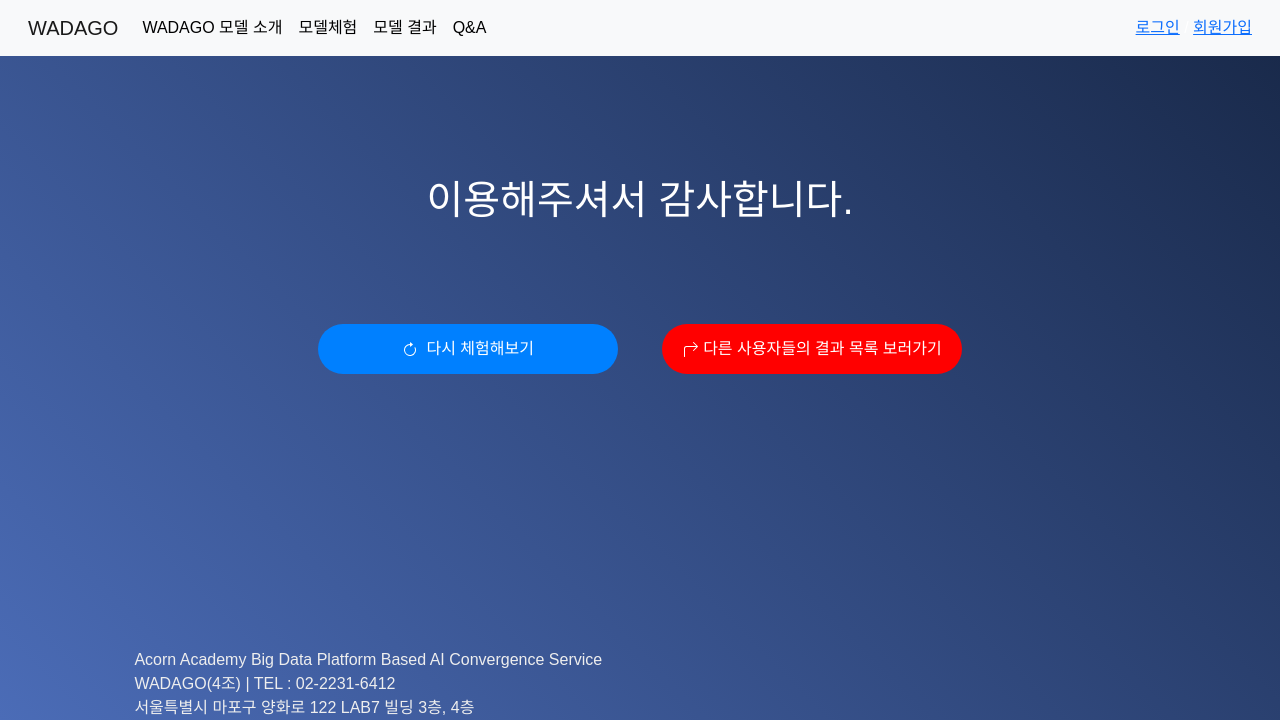
Repository: suchulchoi/Wadago_Project
Page: http://localhost/model/thanks
An editor plug-in stored every save of this project. The page is shown before and after the next save, followed by the edit.
The browser window is 1280 px wide. The pictures show the whole page.
Some web fonts or font styles are not loaded; a fallback is used. The page is this project's Thymeleaf template; nobody is signed in. The template is opened directly, without the code that normally fills it, so the values that code supplies are empty.

Above is the page before, as saved 2022-07-28 07:40:10.

### wadago_project/src/main/resources/templates/model/thanks.html
<html lnag="ko">
    <head>
        <meta charset="UTF-8">
        <title></title>

    </head>
    <style>
		.resultBtn{
			width:300px;
			height:50px;
			border:none;
			padding:10px;
			color:white;
			border-radius:50px;
			background-color:rgb(0, 128, 255);
			margin:20px;
		}

	</style>
    <body>
     <header th:insert="header_nav.html"></header>
	     <div class="container">
	     	<br><br><br><br><br>
	     	<center><h1>이용해주셔서 감사합니다.</h1></center>
	     	<br><br><br>
	     </div>
	     <center>
		     <button id="postBtn" class="resultBtn" type="submit" onclick="location.href='/model/try.do'">
					<svg xmlns="http://www.w3.org/2000/svg" width="16" height="16" fill="currentColor" class="bi bi-arrow-clockwise" viewBox="0 0 16 16">
					  <path fill-rule="evenodd" d="M8 3a5 5 0 1 0 4.546 2.914.5.5 0 0 1 .908-.417A6 6 0 1 1 8 2v1z"/>
					  <path d="M8 4.466V.534a.25.25 0 0 1 .41-.192l2.36 1.966c.12.1.12.284 0 .384L8.41 4.658A.25.25 0 0 1 8 4.466z"/>
					</svg>&nbsp; 다시 체험해보기
				</button>
				<button id="postBtn" class="resultBtn" type="submit" style="background-color: red;" onclick="location.href='/model/result/1'">
						 <svg xmlns="http://www.w3.org/2000/svg" width="16" height="16" fill="currentColor" class="bi bi-arrow-90deg-right" viewBox="0 0 16 16">
						  <path fill-rule="evenodd" d="M14.854 4.854a.5.5 0 0 0 0-.708l-4-4a.5.5 0 0 0-.708.708L13.293 4H3.5A2.5 2.5 0 0 0 1 6.5v8a.5.5 0 0 0 1 0v-8A1.5 1.5 0 0 1 3.5 5h9.793l-3.147 3.146a.5.5 0 0 0 .708.708l4-4z"/>
						</svg>&nbsp;다른 사용자들의 결과 목록 보러가기
				</button>
	     </center>
     </body>
 </html>

### wadago_project/src/main/resources/templates/header_nav.html
<html lang="ko" xmlns:th="http://www.thymeleaf.org">

	<head>
		<meta charset="UTF-8">
		<script src="https://cdn.jsdelivr.net/npm/bootstrap@5.1.3/dist/js/bootstrap.bundle.min.js"
			integrity="sha384-ka7Sk0Gln4gmtz2MlQnikT1wXgYsOg+OMhuP+IlRH9sENBO0LRn5q+8nbTov4+1p"
			crossorigin="anonymous"></script>
		<link rel="stylesheet" href="https://maxcdn.bootstrapcdn.com/bootstrap/4.0.0/css/bootstrap.min.css" />
		<link href="https://cdn.jsdelivr.net/npm/bootstrap@5.1.3/dist/css/bootstrap.min.css" rel="stylesheet"
			integrity="sha384-1BmE4kWBq78iYhFldvKuhfTAU6auU8tT94WrHftjDbrCEXSU1oBoqyl2QvZ6jIW3" crossorigin="anonymous">
		<link rel="stylesheet" href="/css/signup.css">
		<link rel="preconnect" href="https://fonts.googleapis.com">
		<link rel="preconnect" href="https://fonts.gstatic.com" crossorigin>
		<link href="https://fonts.googleapis.com/css2?family=Black+Han+Sans&family=Nanum+Gothic:wght@400;700;800&family=Nanum+Pen+Script&display=swap" rel="stylesheet">
	</head>
	<style>
	body{
		font-family: 'Black Han Sans', sans-serif;
		background:linear-gradient(45deg,#4b6cb7,#182848);
		color: white;
	}
	table{
		color:white;
	}
	#navItem{
			color:black;
		}
	#navItem:hover{
			text-shadow: 5px 5px 5px rgb(44, 44, 44);
			font-size:large;
		}
	footer{
			position : fixed;
			bottom : 0;
			background-color:transparent;
			width:100%;
			height:10%;
			font-size:medium;
		}
	</style>
	<body>
		<nav class="navbar navbar-expand-lg navbar-light bg-light">
			<div class="container-fluid">
				<a class="navbar-brand" href="/">WADAGO</a>
				<button class="navbar-toggler" type="button" data-bs-toggle="collapse"
				data-bs-target="#navbarSupportedContent" aria-controls="navbarSupportedContent" aria-expanded="false"
				aria-label="Toggle navigation">
				<span class="navbar-toggler-icon"></span>
			</button>
			<div class="collapse navbar-collapse" id="navbarSupportedContent">
				<ul class="navbar-nav me-auto mb-2 mb-lg-0">
					<li class="nav-item">
						<a class="nav-link active" aria-current="page" href="/model/introduce" id="navItem">WADAGO 모델 소개</a>
					</li>
					<li class="nav-item">
						<a class="nav-link" href="/model/try.do" id="navItem">모델체험</a>
					</li>
					<li class="nav-item">
						<a class="nav-link" href="/model/result/1" id="navItem">모델 결과</a>
					</li>
					<li class="nav-item">
						<a class="nav-link" href="/board/list/1" id="navItem">Q&A</a>
					</li>
					<li class="nav-item dropdown" th:if="${session.memVo} and ${session.memVo.grade == 0}" id="navItem">
						<a class="nav-link dropdown-toggle" href="#" role="button" data-bs-toggle="dropdown"
							aria-expanded="false">
							관리자 전용
						</a>
						<ul class="dropdown-menu" aria-labelledby="navbarDropdown">
							<li><a class="dropdown-item" href="/mem/memberManagement/1">멤버 관리</a></li>
							<li><a class="dropdown-item" href="/mem/img/1">입력 사진 관리</a></li>
						</ul>
					</li>
				</ul>
				<footer th:insert="footer.html"></footer>
				<div th:if="${session.memVo}">
					<!--<span th:if="${session.memVo}!=null" th:text="${session.memVo.id}"></span>-->
					<span th:text="${session.memVo}?${session.memVo.id}:''"></span>
					(<span th:text="${session.memVo?.name}"></span>)
					님 로그인
					&nbsp;/&nbsp;
					<a href="/mem/logout">
						로그아웃
					</a>

				</div>
				<div class="d-flex" th:if="!${session.memVo}">
					<a href="/mem/login">
						로그인
					</a>&nbsp;/&nbsp;
					<a href="/mem/signup">
						회원가입
					</a>
				</div>
			</div>
		</div>
	</nav>
</body>

</html>

### wadago_project/src/main/resources/templates/footer.html
<html lang="ko" xmlns:th="http://www.thymeleaf.org">
	<head>
	<meta charset="UTF-8">

	</head>
	<style>

	</style>
    <footer style="color: #eeeeee;">
	    	Acorn Academy Big Data Platform Based AI Convergence Service
	    	<br>
	    	WADAGO(4조) | TEL : 02-2231-6412
	    	<br>
	    	서울특별시 마포구 양화로 122 LAB7 빌딩 3층, 4층
	    	<br>
   			COPYRIGHT(C) HBILAB. ALL RIGHTS RESERVED.
	</footer>
</html>

Loaded but not shown: wadago_project/src/main/resources/static/css/signup.css (no copy from this time; the picture is the same without it)

After the next save:
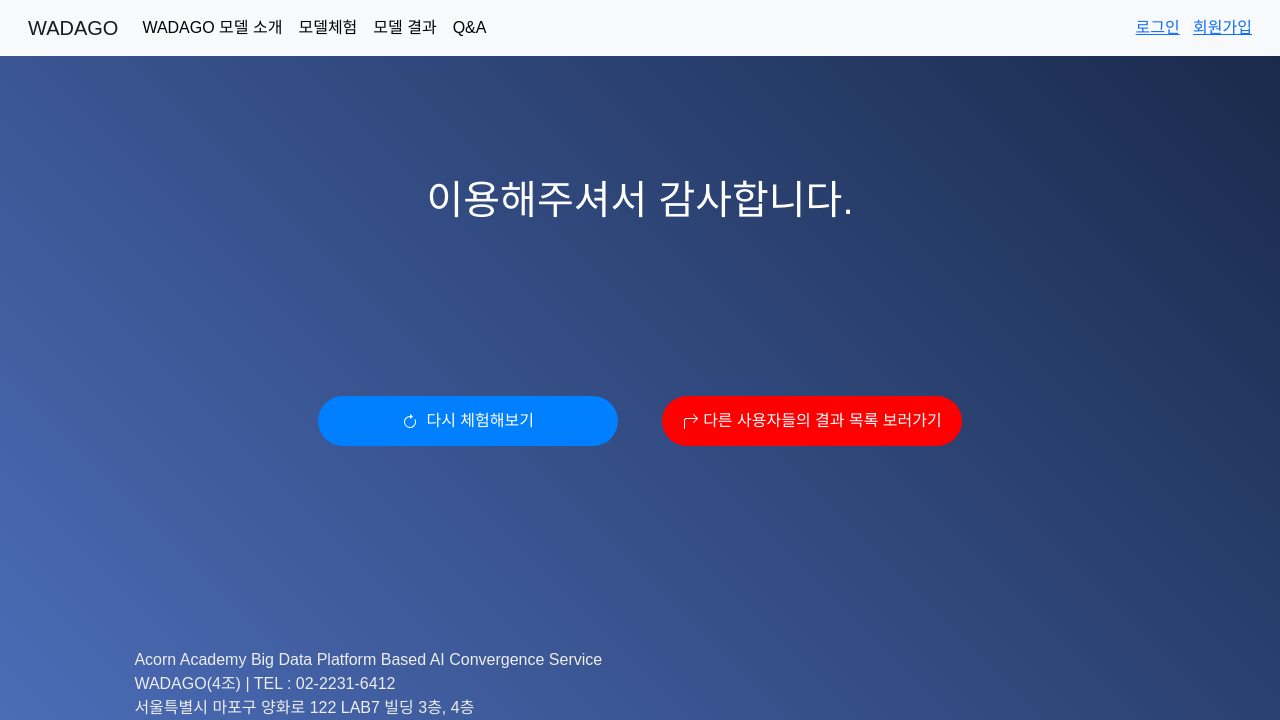
Saved 13 s later.
--- a/wadago_project/src/main/resources/templates/model/thanks.html
+++ b/wadago_project/src/main/resources/templates/model/thanks.html
@@ -22,7 +22,7 @@
 	     <div class="container">
 	     	<br><br><br><br><br>
 	     	<center><h1>이용해주셔서 감사합니다.</h1></center>
-	     	<br><br><br>
+	     	<br><br><br><br><br><br>
 	     </div>
 	     <center>
 		     <button id="postBtn" class="resultBtn" type="submit" onclick="location.href='/model/try.do'">
